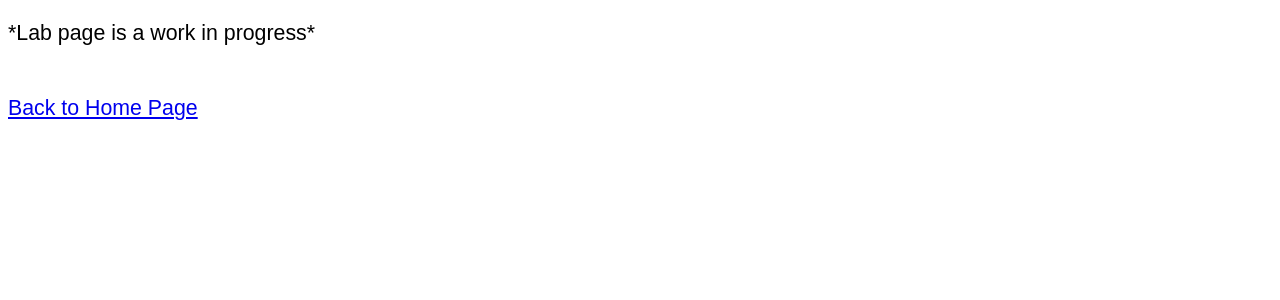
Repository: ortik455/ortik455.github.io
Page: index.html
The author's editor kept a record of every edit. The page is drawn from the files as they stood at one moment, then again after the next edit.
The browser window is 1280 px wide. The pictures show the whole page.

Above is the page before.

After the next edit:
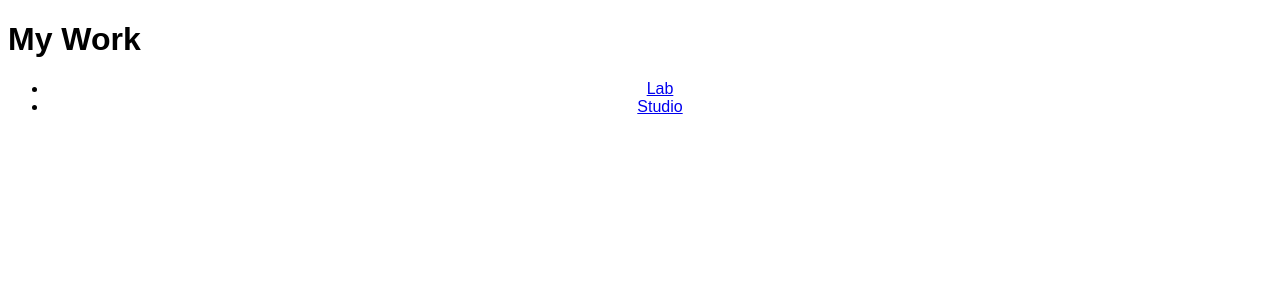
The edit:
--- a/index.html
+++ b/index.html
@@ -1,18 +1,17 @@
 <!DOCTYPE html>
 <html>
 	<head>
-		<title>Lab Work</title>
-		<style>
-			p, a {
-			font-size: 16pt;
-			font-family: sans-serif;
-			text-align: left;
-			margin-bottom: 50px;
-			}
-		</style>
+		<title>Home Page</title>
+
 	</head>
+
 	<body>
-		<p>*Lab page is a work in progress*</p>
-		<a href="../index.html">Back to Home Page</a>
+		<h1><font face="arial">My Work</h1>
+		<nav>
+        <ul>
+            <li align="center"><font face="arial"><a href="lab/index.html">Lab</a></li>
+            <li align="center"><font face="arial"><a href="studio/index.html">Studio</a></li>
+        </ul>
+    	</nav>
 	</body>
 </html>
